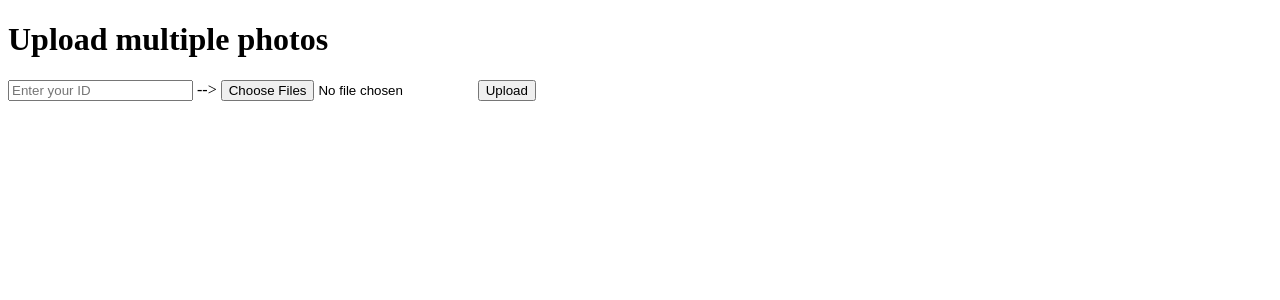
Repository: Mesablip/Mesablip.github.io
Page: http://localhost/
The author's editor kept a copy of each file at every save. The page is drawn from the files as they stood at one save, then again after a run of saves.
The browser window is 1280 px wide. The pictures show the whole page.
The page is served by the project's application, run on Flask 3 (backend.py).

Above is the page before, as saved 2023-09-04 23:00:59.

After the next 4 saves:
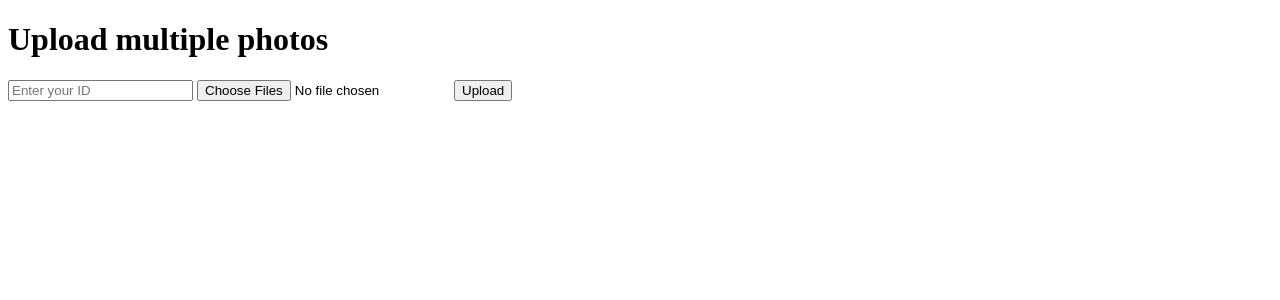
The 4 saves are shown as one change because they came seconds apart.
The last was saved 14 s later.
--- a/templates/frontend.html
+++ b/templates/frontend.html
@@ -8,7 +8,7 @@
 <h1>Upload multiple photos</h1>
 
 <form enctype="multipart/form-data" action="" method="post" id="upload-form">
-  <!----> <input type="text" id="user-id" placeholder="Enter your ID"> -->
+  <!----> <input type="text" id="user-id" placeholder="Enter your ID"> </!---->
   <input type="file" name="photos" multiple id="photos-input">
   <input type="button" value="Upload" onclick="uploadPhotos()">
 </form>
